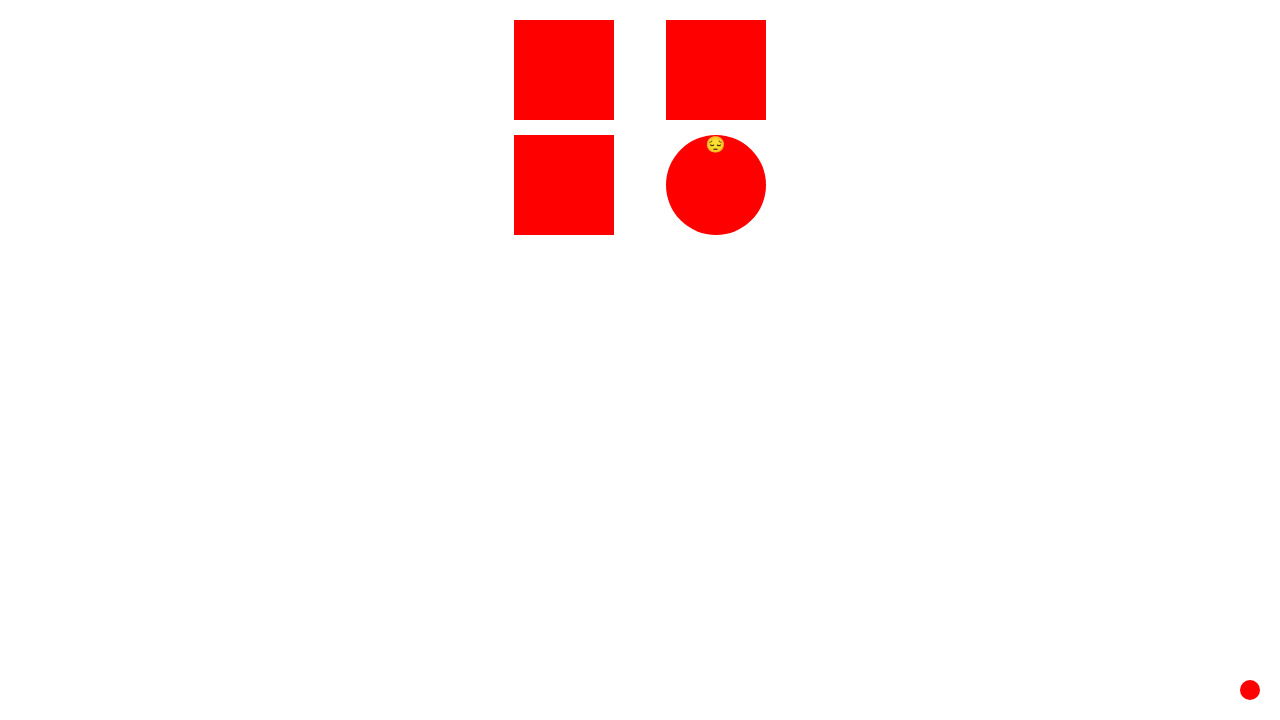
Repository: liuguangqing/tab-scroll-
Page: index14.html
These files come from the project's save history. The page is drawn as it stood at one moment and after the next save; the edit follows.
The browser window is 1280 px wide. The pictures show the whole page.
The style sheet was rebuilt from its Sass, Less or Tailwind sources for each picture, by a compiler version that may differ from the author's.

Above is the page before, as saved 2018-07-04 14:49:24.

### index14.html
<!DOCTYPE html>
<html lang="en">

<head>
    <meta charset="UTF-8">
    <meta name="viewport" content="width=device-width, initial-scale=1.0">
    <meta http-equiv="X-UA-Compatible" content="ie=edge">
    <title>Document</title>
    <link rel="stylesheet" href="css/jquery.fullPage.css">
    <link rel="stylesheet" href="css/index14.css">
    <style>
    </style>
</head>

<body>
    <a href="#"></a>
    <div id="dowebok">
        <div class="section onescreen">
            <!-- <h3 class="onecon">第一屏</h3> -->
            <div class="contain">
                <div class="chilbox1"></div>
                <div class="chilbox2"></div>
                <div class="chilbox3"></div>
                <div class="chilbox4">😔</div>
            </div>
        </div>
        <div class="section twoscreen">
            <h3 class="twocon">第二屏</h3>
        </div>
        <div class="section">
            <h3>第三屏</h3>
            <!-- <div class="slide">第二屏 >>>>>> 第一屏</div>
            <div class="slide">第二屏 >>>>>> 第一屏</div>
            <div class="slide">第二屏 >>>>>> 第一屏</div> -->
        </div>
        <div class="section">
            <h3>第四屏</h3>
        </div>
    </div>
</body>
<script src="js/jquery-1.8.3.min.js"></script>
<script src="js/jquery.fullPage.min.js"></script>
<script>
    $(function () {
        $('body').show()
        $('#dowebok').fullpage({
            'resize': true,
            // 'sectionsColor': ['#1bbc9b', '#4BBFC3', '#7BAABE', '#f90'],
            'scrollingSpeed': 600,
            'scrollOverflow': true,
            'continuousVertical': true,
            'css3': true,
            // 滑动快
            'afterLoad': function (anchorLink, index) {
                console.log(index + 'afterLoad');
                if (index == 1) {
                    $('.onecon').addClass('tns_scale_15')
                } else if (index == 2) {
                    // $('.twocon').animate({
                    //     // left: 0,
                    //     opacity:1
                    // })
                    $('.twocon').addClass('tns_scale_15')
                }
            },
            'onLeave': function (index) {
                console.log(index + 'onLeave');
                if (index == 1) {
                    $('.onecon').removeClass('tns_scale_15');
                    $('.chilbox1').animate({
                    top: '-120px',
                    left: '-20px'
                }, 800, function () {
                    $('.chilbox2').animate({
                        top: '-120px',
                        left: '110%'
                    }, 800, function () {
                        $('.chilbox3').animate({
                            top: '400px',
                            left: '-20px'
                        }, 800, function () {
                            $('.chilbox4').animate({
                                top: '400px',
                                left: '110%'
                            }, 800, function () {

                            })
                        })
                    })
                })
                } else if (index == 2) {
                    // $('.twocon').animate({
                    //     left: 200,
                    //     opacity:0
                    // },1500,'swing')
                    $('.twocon').removeClass('tns_scale_15')
                }
            },
            'afterRender': function () {
                // 可当作第一页的回调函数
                $('.onecon').addClass('tns_scale_15')
                $('.chilbox1').animate({
                    top: '20px',
                    left: '48%'
                }, 800, function () {
                    $('.chilbox2').animate({
                        top: '20px',
                        left: '52%'
                    }, 800, function () {
                        $('.chilbox3').animate({
                            top: '135px',
                            left: '48%'
                        }, 800, function () {
                            $('.chilbox4').animate({
                                top: '135px',
                                left: '52%'
                            }, 800, function () {
                                console.log(11)
                                $('.chilbox4').css({'transform':'rotate(360deg)'})
                            })
                        })
                    })
                })
            },
            // 滑动子块
            'afterSlideLoad': function (anchorLink, index, slideIndex, direction) {
                console.log(index + ">>" + slideIndex + 'afterSlideLoad')
            }
        });
    })
</script>

</html>

### css/index14.less
* {
    text-align: center;
    margin: 0 ;
    padding: 0;
}
body{
    display: none;
}
.section{
    position: relative;
}
.twocon,.onecon {
    /* left: 200px; */
    opacity: 0;
    transition: all 1s ;
    transform: scale(10)
}
.tns_scale_15{
    opacity: 1;
    transform: scale(2)
}
@keyframes rotates{
    0%{
        transform: rotate(0deg)
    }
    100%{
        transform: rotate(360deg)
    }
}
.onescreen{
    background-color: #fff;
    .contain {
        div {
            position: absolute;
            height: 100px ;
            width: 100px ;
            background-color: red;

        }
        & > div:nth-of-type(odd){
            top: 20px;
            left: calc(50%-2);
            transform: translateX(-100%)
        }
        & > div:nth-of-type(even){
            left: calc(50%+2);
            top: 20px;
        }
        & > div:nth-of-type(n+3){
            top: 135px;
        }
        & > div:nth-of-type(4){
            border-radius: 100%;
            transform: rotate(0deg);
            animation: rotates 2s;
        }
    }
}
// #dowebok > div:nth-of-type(1){
//     background: url('https://ss0.baidu.com/94o3dSag_xI4khGko9WTAnF6hhy/image/h%3D300/sign=1d071b503501213fd03348dc64e636f8/fc1f4134970a304eb5088f73ddc8a786c9175c14.jpg') no-repeat center center / cover;

// }
// #dowebok > div:nth-of-type(2){
//     background: url('https://ss3.baidu.com/-fo3dSag_xI4khGko9WTAnF6hhy/image/h%3D300/sign=1bc340c50e087bf462ec51e9c2d2575e/37d3d539b6003af33cd1a3ee392ac65c1138b6d0.jpg') no-repeat center center / cover ;

// }
// #dowebok > div:nth-of-type(3){
//     background: url('https://ss3.baidu.com/-fo3dSag_xI4khGko9WTAnF6hhy/image/h%3D300/sign=4ea14b842a9759ee555066cb82fa434e/0dd7912397dda144eb6f433bbeb7d0a20df486d0.jpg') no-repeat center center / cover ;

// }
// #dowebok > div:nth-of-type(4){
//     background: url('https://f.51fanbei.com/h5/app/activity/2018/06/huanmeiresist_bg.png') no-repeat center center / cover ;

// }
a{
    position: fixed;
    bottom: 20px ;
    right: 20px ;
    width: 20px ;
    height: 20px ;
    background-color: red ;
    z-index: 99;
    border-radius: 100%;
}

Loaded but not shown: css/jquery.fullPage.css (library); js/jquery-1.8.3.min.js (library); js/jquery.fullPage.min.js (library)

After the next save:
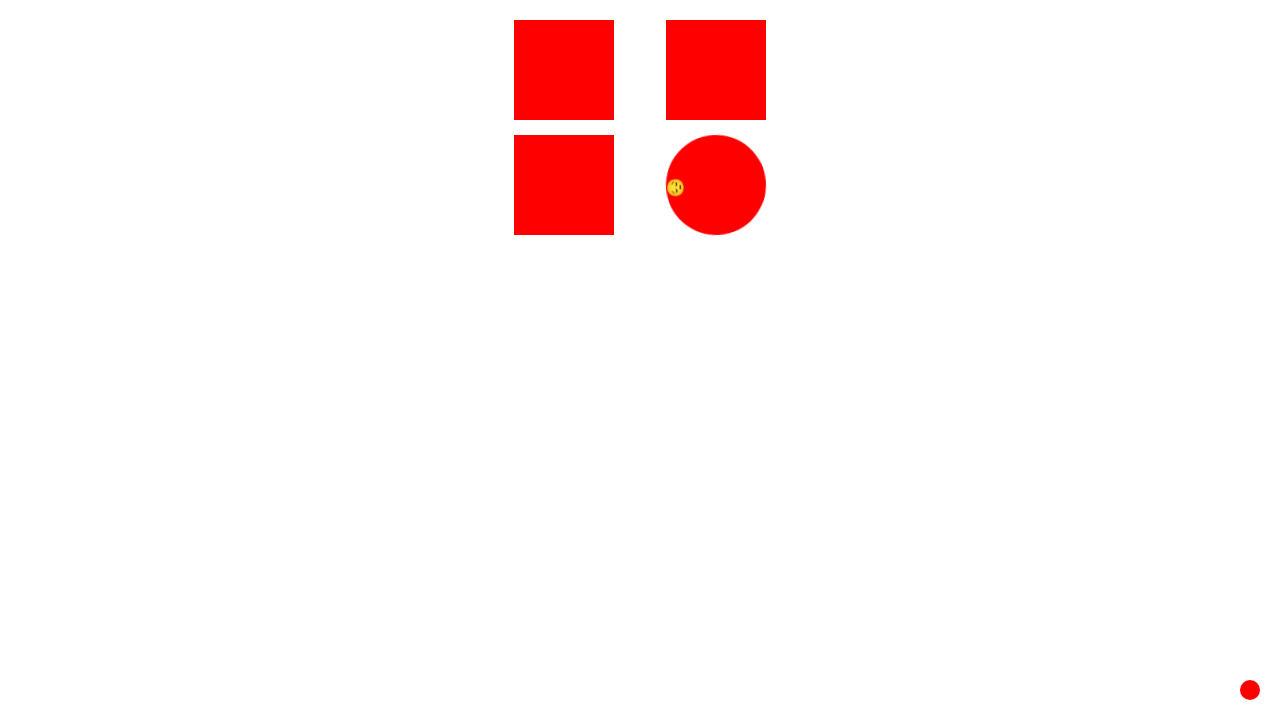
Saved 2 min 17 s later.
--- a/css/index14.less
+++ b/css/index14.less
@@ -52,7 +52,7 @@ body{
         & > div:nth-of-type(4){
             border-radius: 100%;
             transform: rotate(0deg);
-            animation: rotates 2s;
+            animation: rotates 2s linear 0s infinite;
         }
     }
 }
